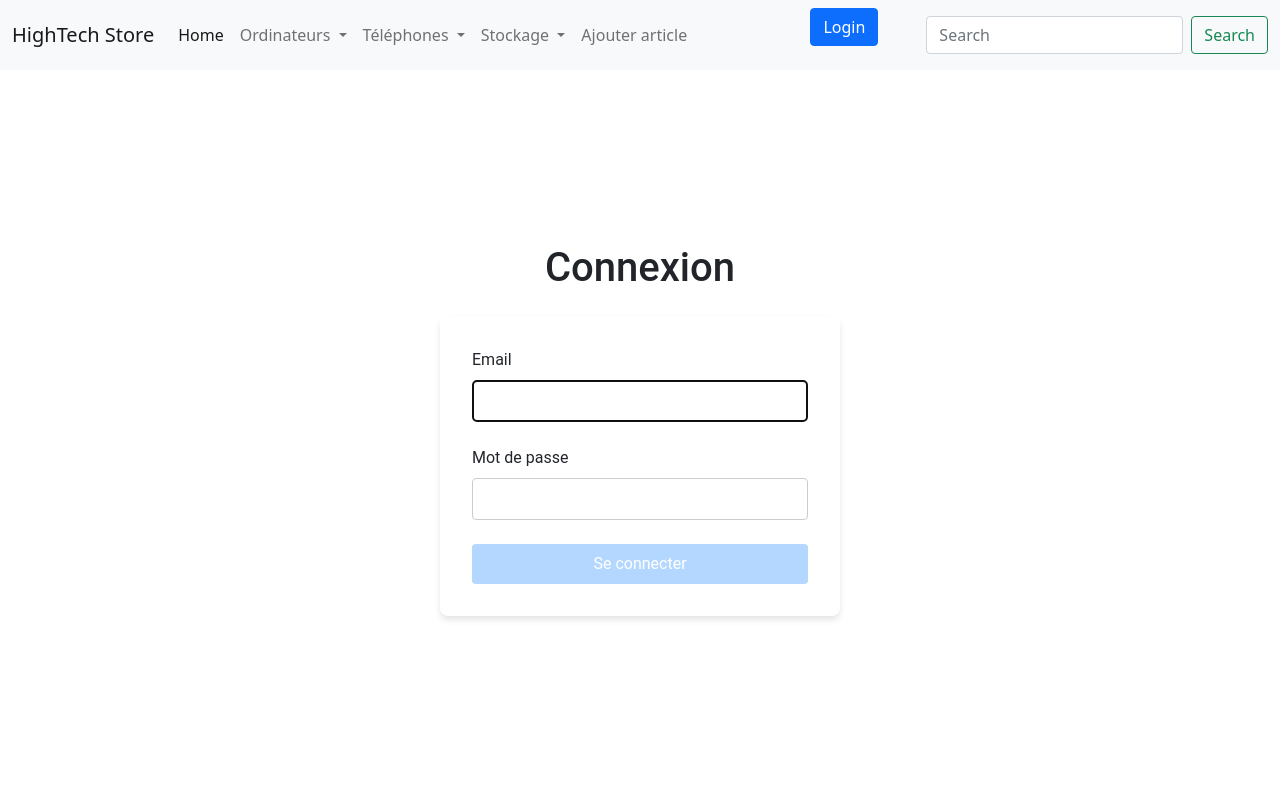
Repository: HaPhuong-krys/M1-angular
Page: /Connexion
The author's editor kept a copy of each file at every save. The page is drawn from the files as they stood at one save, then again after the next save.
The browser window is 1280 px wide. The pictures show the whole page.
The project was rebuilt for these pictures with package versions that can differ from the ones it lists, and the page was loaded fresh each time. Also part of the build but not shown: angular.json, src/app/home/home.component.ts, src/app/pc-bureau/pc-bureau.component.ts, src/app/pc-portable/pc-portable.component.ts, src/app/ajouter-article-form/ajouter-article-form.component.ts, src/app/Model/Articles.ts, src/app/accessoire-ordi/accessoire-ordi.component.ts, src/app/smart-phone/smart-phone.component.ts and 10 more.

Above is the page before, as saved 2023-04-23 01:40:03.

After the next save:
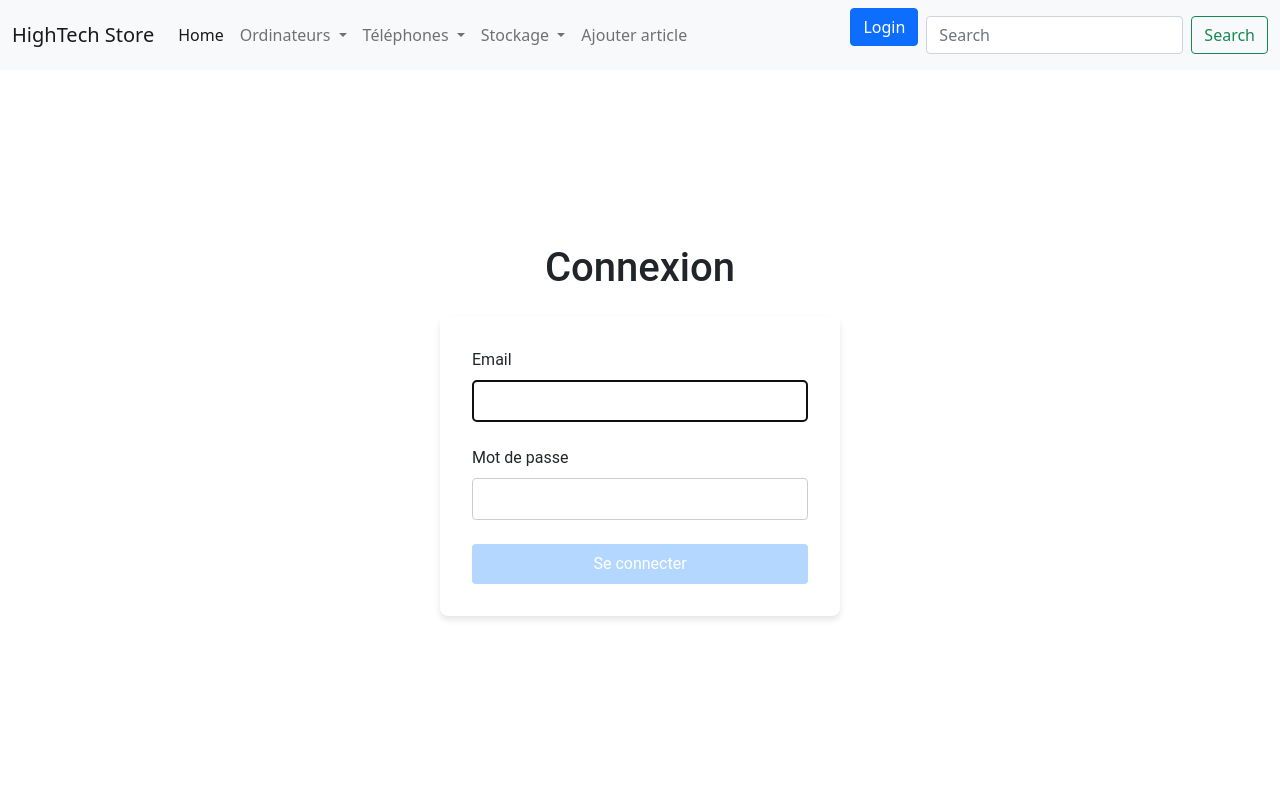
Saved 9 s later.
--- a/src/app/navbar/navbar.component.html
+++ b/src/app/navbar/navbar.component.html
@@ -56,7 +56,7 @@
             <a class="btn btn-danger mx-1" (click)="logout()" routerLink="/Home">Logout</a>
           </ul>
           <ul *ngIf="!(isLoggedIn$ | async)">
-            <a routerLink="/Connexion" class="btn btn-primary mx-5" role="button">Login</a>
+            <a routerLink="/Connexion" class="btn btn-primary mx-2" role="button">Login</a>
           </ul>
 
         </div>
